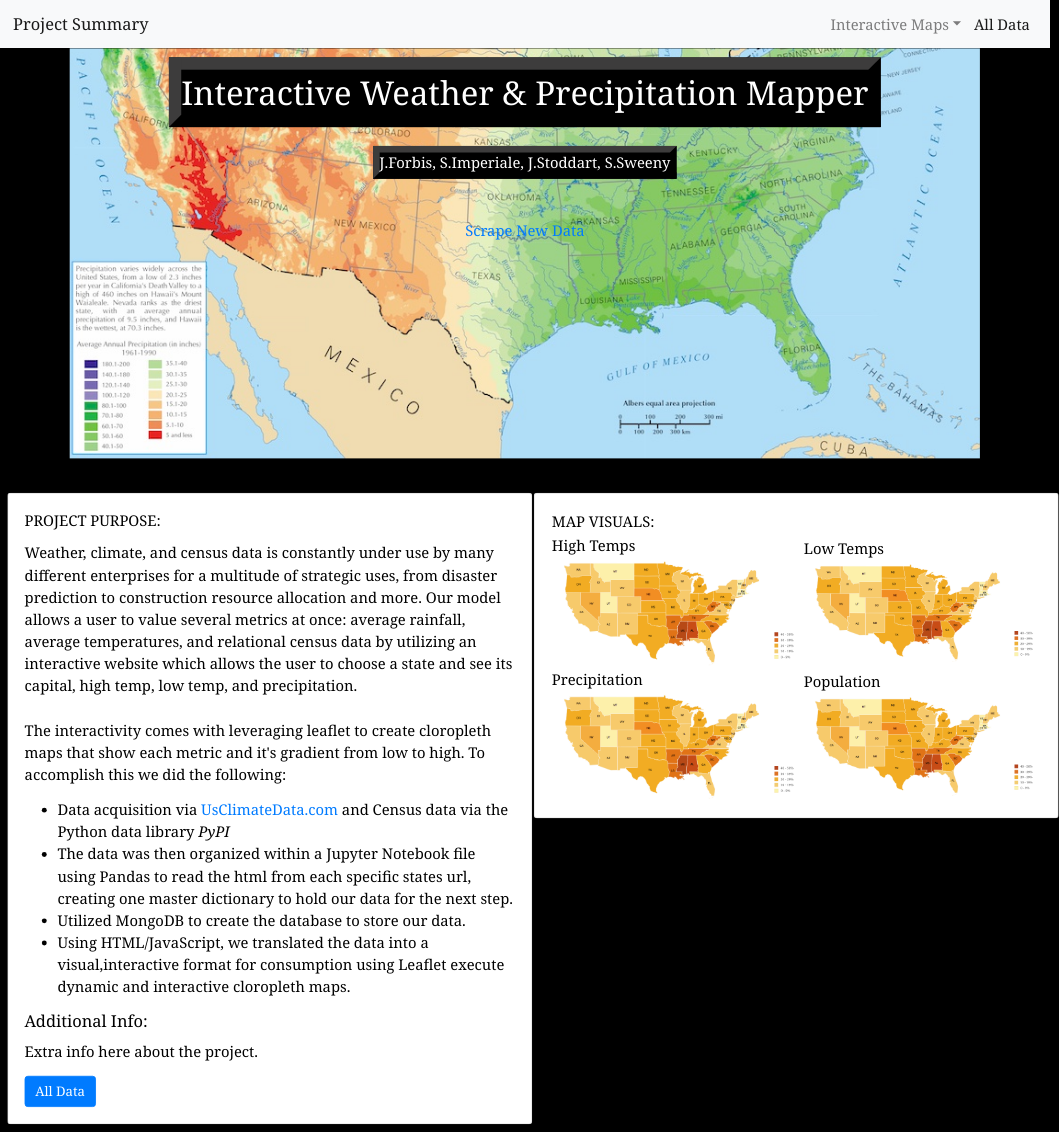
Repository: jforbis/project3-weathermap
Page: templates/index.html
The author's editor kept a copy of each file at every save. The page is drawn from the files as they stood at one save, then again after the next save.
The browser window is 1280 px wide. The page is 1292 px wide, so the pictures cover 1292 px, including what lies to the right of the window. The pictures show the whole page, at 82% of full size.
Backgrounds fixed to the window are drawn as part of the page. The template is drawn by Flask 3. The application's start-up code is not run. The template is opened directly, without the code that normally fills it, so the values that code supplies are empty.

Above is the page before, as saved 2021-03-16 00:51:17.

After the next save:
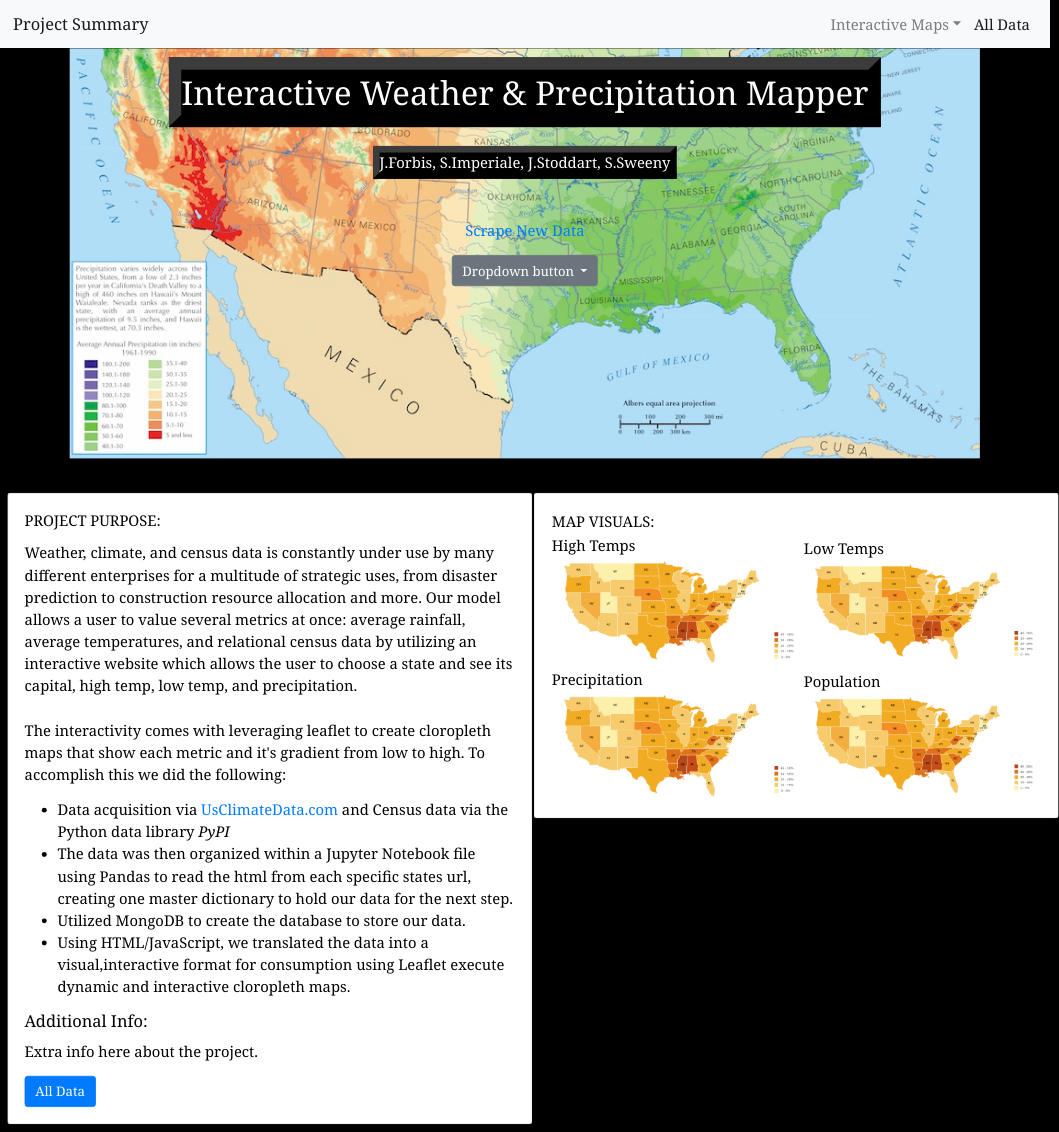
Saved 4 min 12 s later.
--- a/templates/index.html
+++ b/templates/index.html
@@ -70,6 +70,16 @@ z-index: 1071;">
             margin-top: 50px;
             border-style: outset">J.Forbis, S.Imperiale, J.Stoddart, S.Sweeny</span></p>
         <p><a class="button" href="/maps" role="button">Scrape New Data</a></p>
+        <div class="dropdown">
+            <button class="btn btn-secondary dropdown-toggle" type="button" id="dropdownMenuButton" data-toggle="dropdown" aria-haspopup="true" aria-expanded="false">
+            Dropdown button
+            </button>
+            <div class="dropdown-menu" aria-labelledby="dropdownMenuButton">
+                <a class="dropdown-item" href="#">Action</a>
+                <a class="dropdown-item" href="#">Another action</a>
+                <a class="dropdown-item" href="#">Something else here</a>
+            </div>
+        </div>
     </div>
 </div>
 <body>
